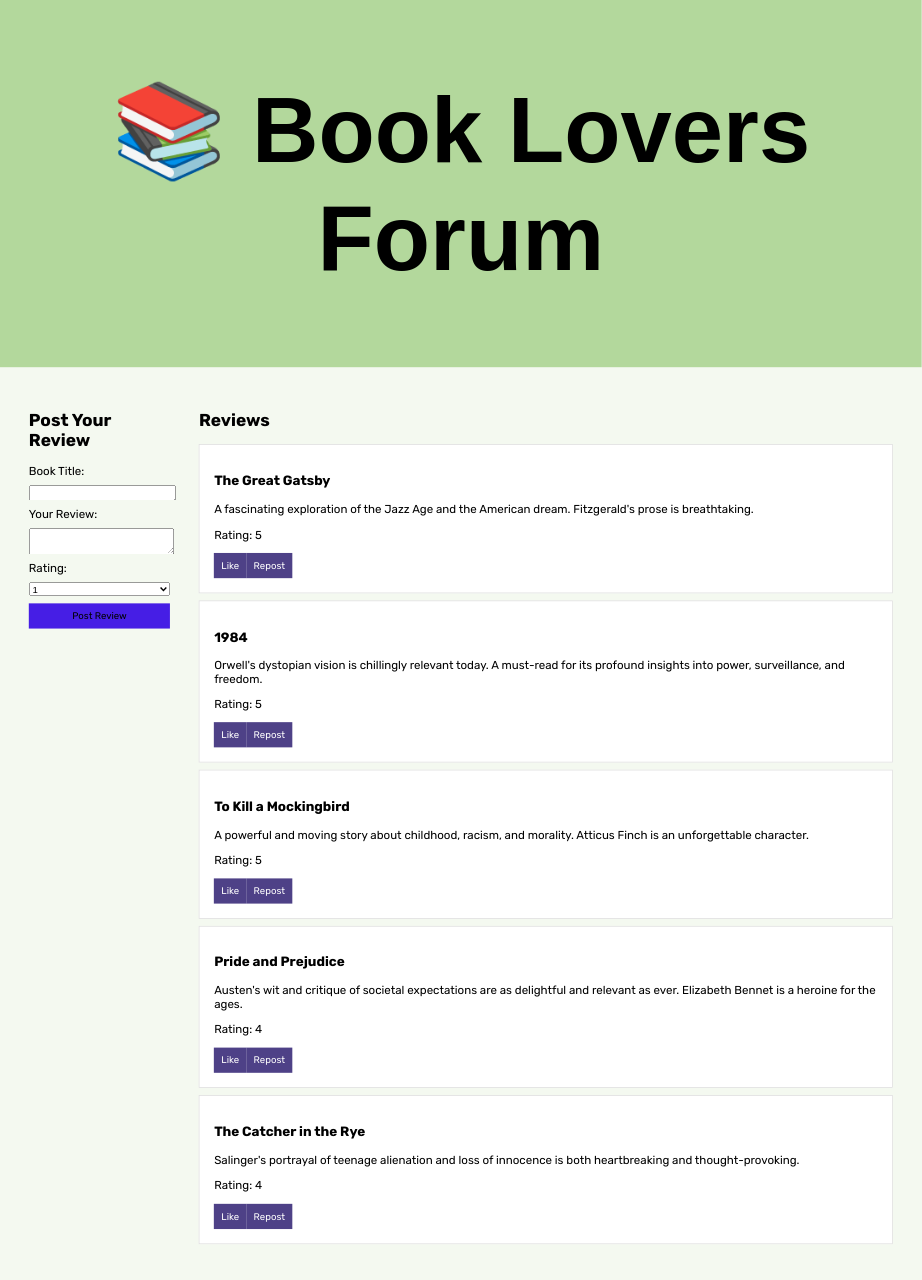
Repository: valentinaarojas/virtual-book-club
Page: index.html
An editor plug-in stored every save of this project. The page is shown before and after the next save, followed by the edit.
The browser window is 1280 px wide. The pictures show the whole page, at 72% of full size.
The first visible `button` is being pressed.
Some web fonts or font styles are not loaded; a fallback is used.

Above is the page before, as saved 2025-02-12 17:26:10.
Console error: ReferenceError: form is not defined

### index.html
<!DOCTYPE html>
<html lang="en">
<head>
    <title>Book Lovers Forum</title>
    <link rel="stylesheet" href="styles.css">
    <link rel="preconnect" href="https://fonts.googleapis.com">
    <link rel="preconnect" href="https://fonts.gstatic.com" crossorigin>
    <link href="https://fonts.googleapis.com/css2?family=Licorice&display=swap" rel="stylesheet">
    <link href="https://fonts.googleapis.com/css2?family=Licorice&family=Rubik:ital,wght@0,300..900;1,300..900&display=swap" rel="stylesheet">
</head>
<body>
    <header>
        <h1>📚 Book Lovers Forum</h1>
    </header>
    <main>
        <section id="review-form-section">
            <h2>Post Your Review</h2>
            <form id="review-form">
                <label for="book-title">Book Title:</label>
                <input type="text" id="book-title" name="book-title" required>
                <label for="review-text">Your Review:</label>
                <textarea id="review-text" name="review-text" required></textarea>
                <label for="rating">Rating:</label>
                <select id="rating" name="rating">
                    <option value="1">1</option>
                    <option value="2">2</option>
                    <option value="3">3</option>
                    <option value="4">4</option>
                    <option value="5">5</option>
                </select>
                <button type="submit">Post Review</button>
            </form>
        </section>
        <section id="reviews-section">
            <h2>Reviews</h2>
            <div id="reviews-list">
                <!-- Reviews will be dynamically inserted here -->
            </div>
        </section>
    </main>
    <script src="script.js"></script>
</body>
</html>

### styles.css
body {
    font-family: Rubik, sans-serif;
    margin: 0;
    padding: 0;
    background-color: #F4F9F0;
}

header {
    background-color: #B3D89C;
    padding: 20px;
    text-align: center;
}

main {
    padding: 20px;
    display: flex;
}

section {
    margin: 20px;
}

h1 {
    font-family: Licorice, sans-serif;
    font-size: 8em;
}

#reviews-section {
    flex-grow: 2;
}

#review-form-section,
#reviews-section {
    margin-bottom: 20px;
}

#review-form label,
#review-form input,
#review-form textarea,
#review-form select,
#review-form button {
    display: block;
    width: 100%;
    margin-top: 10px;
}

button {
    background-color: #4E4187;
    font-family: Rubik, sans-serif;
    color: white;
    padding: 10px;
    border: none;
    cursor: pointer;
}

button:hover {
    background-color: #C1BADE;
    color: black;
}

button:active {
    background-color: #461ee5;
}

#reviews-list {
    margin-top: 20px;
}

.review-item {
    background-color: #fff;
    border: 1px solid #ddd;
    padding: 20px;
    margin-bottom: 10px;
}

.review-item:hover {
    background-color: #f9f9f9;
}

### script.js
function loadReviews() {
    console.log("loadReviews called!");
    fetch('reviews.json')
        .then(response => {
            if (!response.ok) {
                throw new Error('Network response was not ok');
            }
            return response.json();  // Assuming the server sends JSON
        })
        .then(reviews => {
            console.log(reviews); // Log the fetched reviews
            const reviewsList = document.getElementById("reviews-list"); // Get the div to append reviews
            reviews.forEach(review => {
                const reviewElement = createReviewElement(review);
                reviewsList.appendChild(reviewElement); // Append each review to the list
            });
        })
        .catch(error => {
            console.error('There was a problem:', error);
        });
}

function handleReviewSubmit() {
    console.log("handleReviewSubmit");
}

function createReviewElement(review) {
    console.log(review);
    const newDiv = document.createElement('div'); // Create the main review container
    newDiv.classList.add('review-item'); // Add the class 'review-item' (can style now)
    const bookTitle = document.createElement('h3'); // Create and add book title
    bookTitle.textContent = review.title;
    newDiv.append(bookTitle);
    const reviewText = document.createElement('p'); // Create and add review text
    reviewText.textContent = review.reviewText;
    newDiv.append(reviewText);
    const rating = document.createElement('p'); // Create and add rating
    rating.textContent = `Rating: ${review.rating}`;
    newDiv.append(rating);
    const likeButton = document.createElement('button'); // Create and add like button
    likeButton.textContent = "Like";
    likeButton.id = `like-${review.id}`; // Unique ID based on review ID
    likeButton.setAttribute('data-liked', 'false');
    likeButton.addEventListener('click', () => toggleLike(likeButton, review.id));
    newDiv.appendChild(likeButton);
    const repostButton = document.createElement('button'); // Create and add repost button
    repostButton.textContent = "Repost";
    repostButton.id = `repost-${review.id}`; // Unique ID based on review ID
    repostButton.addEventListener('click', () => repostReview(review.id));
    newDiv.appendChild(repostButton);
    return newDiv; // Return the created review element
}

function toggleLike(button, reviewId) {
    console.log('Like button clicked');
}

function repostReview(reviewId) {
    console.log('Repost button clicked');
}

document.addEventListener("DOMContentLoaded", () => {
    console.log("page loaded and ready for actions!");
    loadReviews();
    const reviewForm = document.getElementById("reviews-list");
    form.addEventListener('submit', handleReviewSubmit);
});

### reviews.json
[
	{
		"id": 1,
		"title": "The Great Gatsby",
		"reviewText": "A fascinating exploration of the Jazz Age and the American dream. Fitzgerald's prose is breathtaking.",
		"rating": 5,
		"likes": 12,
		"reposts": 4
	},
	{
		"id": 2,
		"title": "1984",
		"reviewText": "Orwell's dystopian vision is chillingly relevant today. A must-read for its profound insights into power, surveillance, and freedom.",
		"rating": 5,
		"likes": 15,
		"reposts": 5
	},
	{
		"id": 3,
		"title": "To Kill a Mockingbird",
		"reviewText": "A powerful and moving story about childhood, racism, and morality. Atticus Finch is an unforgettable character.",
		"rating": 5,
		"likes": 20,
		"reposts": 8
	},
	{
		"id": 4,
		"title": "Pride and Prejudice",
		"reviewText": "Austen's wit and critique of societal expectations are as delightful and relevant as ever. Elizabeth Bennet is a heroine for the ages.",
		"rating": 4,
		"likes": 18,
		"reposts": 7
	},
	{
		"id": 5,
		"title": "The Catcher in the Rye",
		"reviewText": "Salinger's portrayal of teenage alienation and loss of innocence is both heartbreaking and thought-provoking.",
		"rating": 4,
		"likes": 10,
		"reposts": 3
	}
]

After the next save:
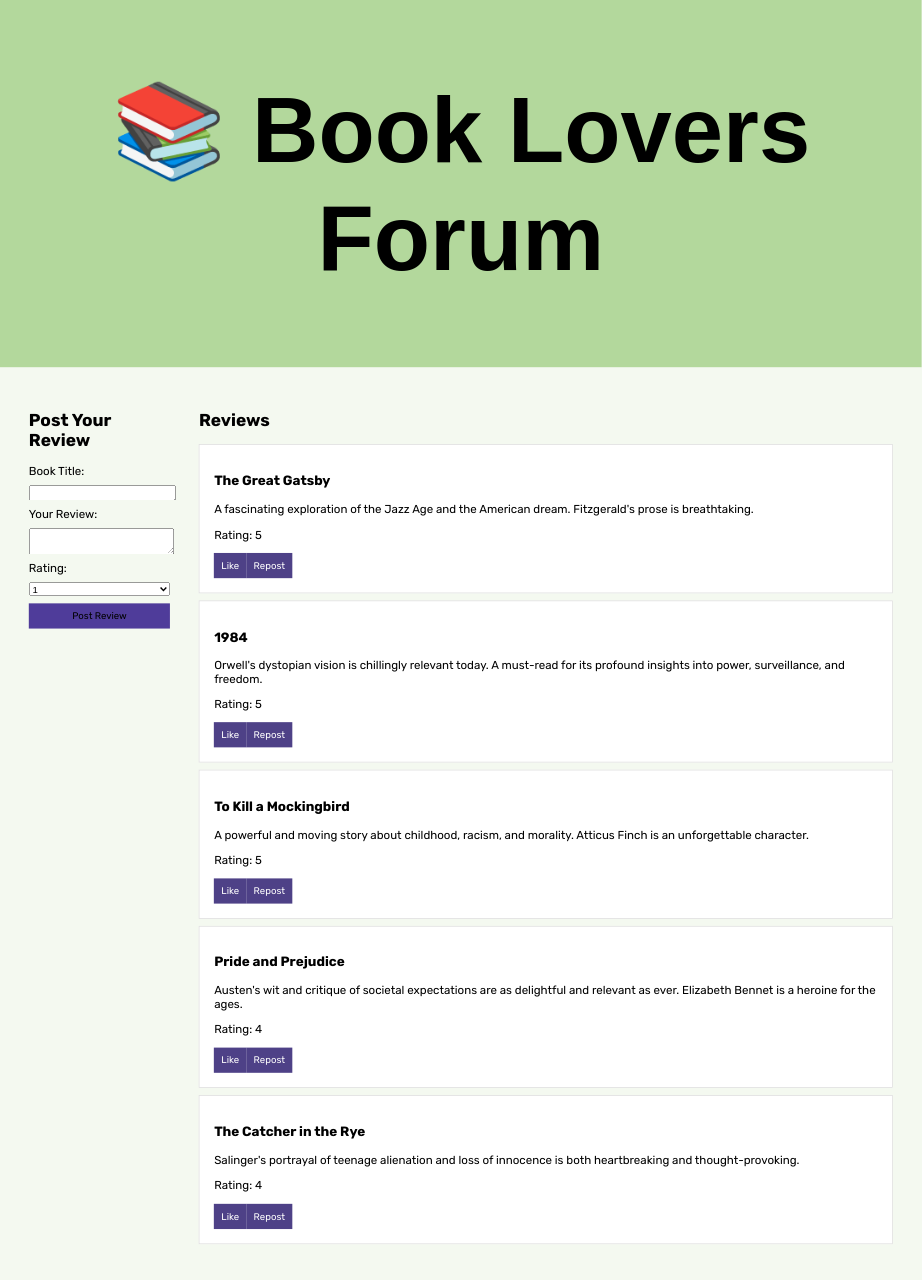
Saved 17 s later.
--- a/styles.css
+++ b/styles.css
@@ -59,7 +59,7 @@ button:hover {
 }
 
 button:active {
-    background-color: #461ee5;
+    background-color: #4f3c9a;
 }
 
 #reviews-list {
